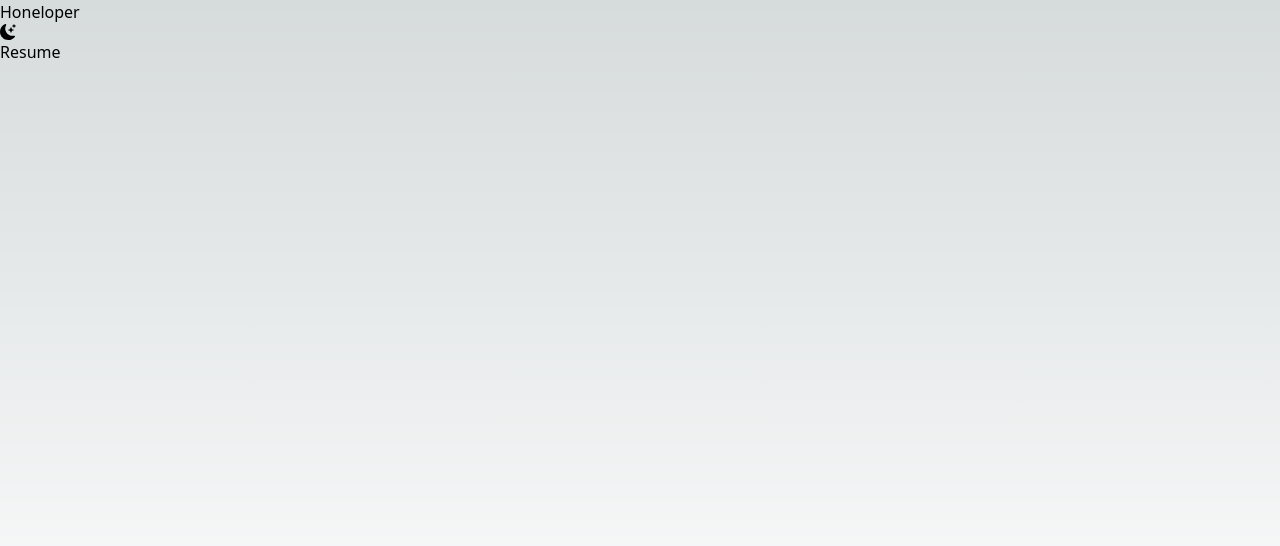
Repository: fatemesoleymanian/portfolio
Page: /
An editor plug-in stored every save of this project. The page is shown before and after the next save, followed by the edit.
The browser window is 1280 px wide. The pictures show the whole page.
The project was rebuilt for these pictures with package versions that can differ from the ones it lists, and the page was loaded fresh each time. The framework's server and built-in components were replaced by stand-ins that run in the browser. Also part of the build but not shown: next.config.js.

Above is the page before, as saved 2023-03-10 13:18:47.

After the next save:
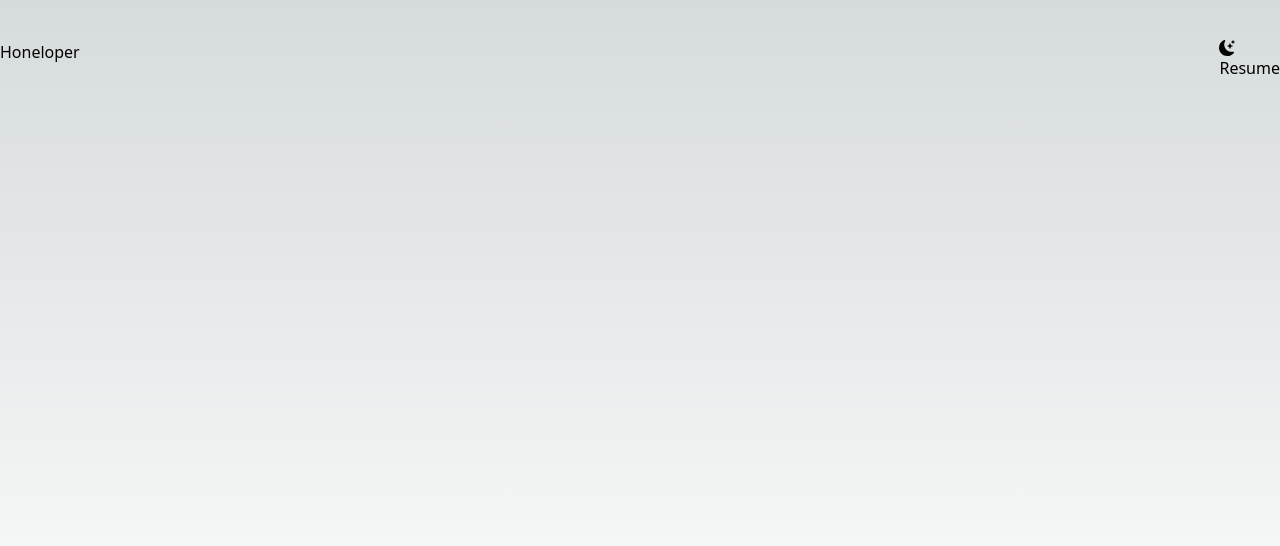
Saved 107 s later.
--- a/pages/index.js
+++ b/pages/index.js
@@ -11,7 +11,7 @@ export default function Home() {
       </Head>
       <main>
        <section className="min-h-screen">
-          <nav>
+          <nav className='py-10 mb-12 flex justify-between'>
           <h1>Honeloper</h1>
             <ul>
               <li>
